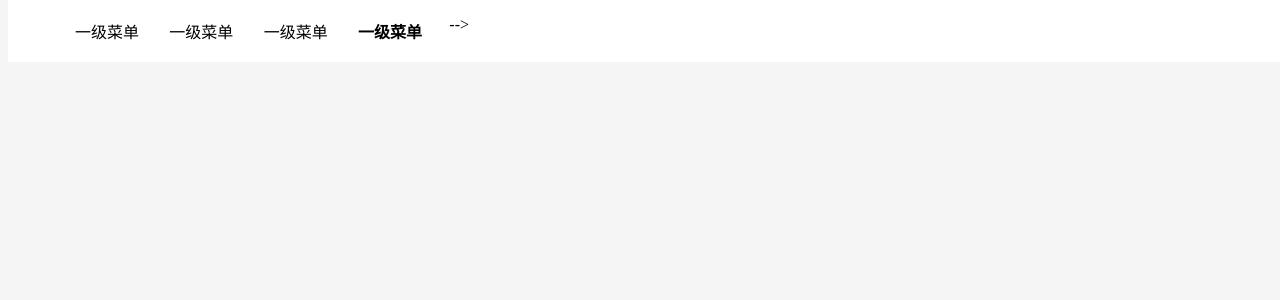
Repository: LJW3112/StudyHTML
Page: 个人作品展示网页/CODE/index.html
These files come from the project's save history. The page is drawn as it stood at one moment and after a run of saves; the edit follows.
The browser window is 1280 px wide. The pictures show the whole page.

Above is the page before, as saved 2023-02-12 16:56:22.

After the next 2 saves:
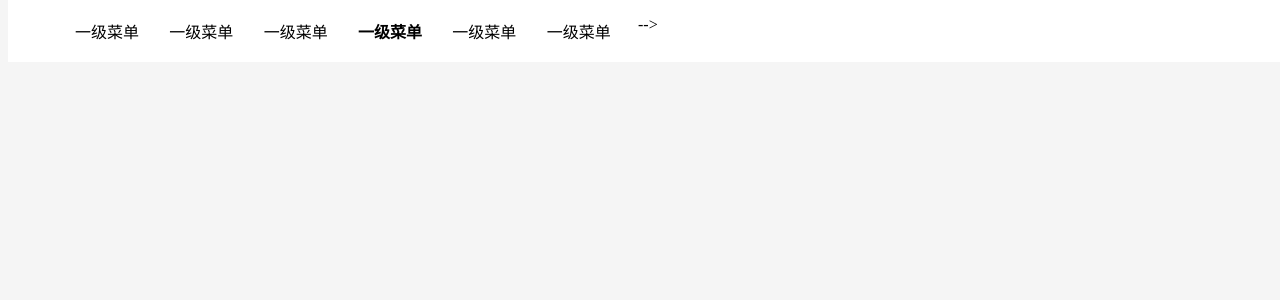
The 2 saves are shown as one change because they came seconds apart.
The last was saved 5 s later.
--- a/个人作品展示网页/CODE/index.html
+++ b/个人作品展示网页/CODE/index.html
@@ -101,7 +101,7 @@
                     <li><a href="#">一级菜单</a></li>
                     <li><a href="#">一级菜单</a></li> -->
                     <li><a href="#"><b>一级菜单</b></a></li>
-                    <!-- <li><a href="#">一级菜单</a></li>
+                     <li><a href="#">一级菜单</a></li>
                     <li>
                         <a href="#">一级菜单</a>
                         <ul>
